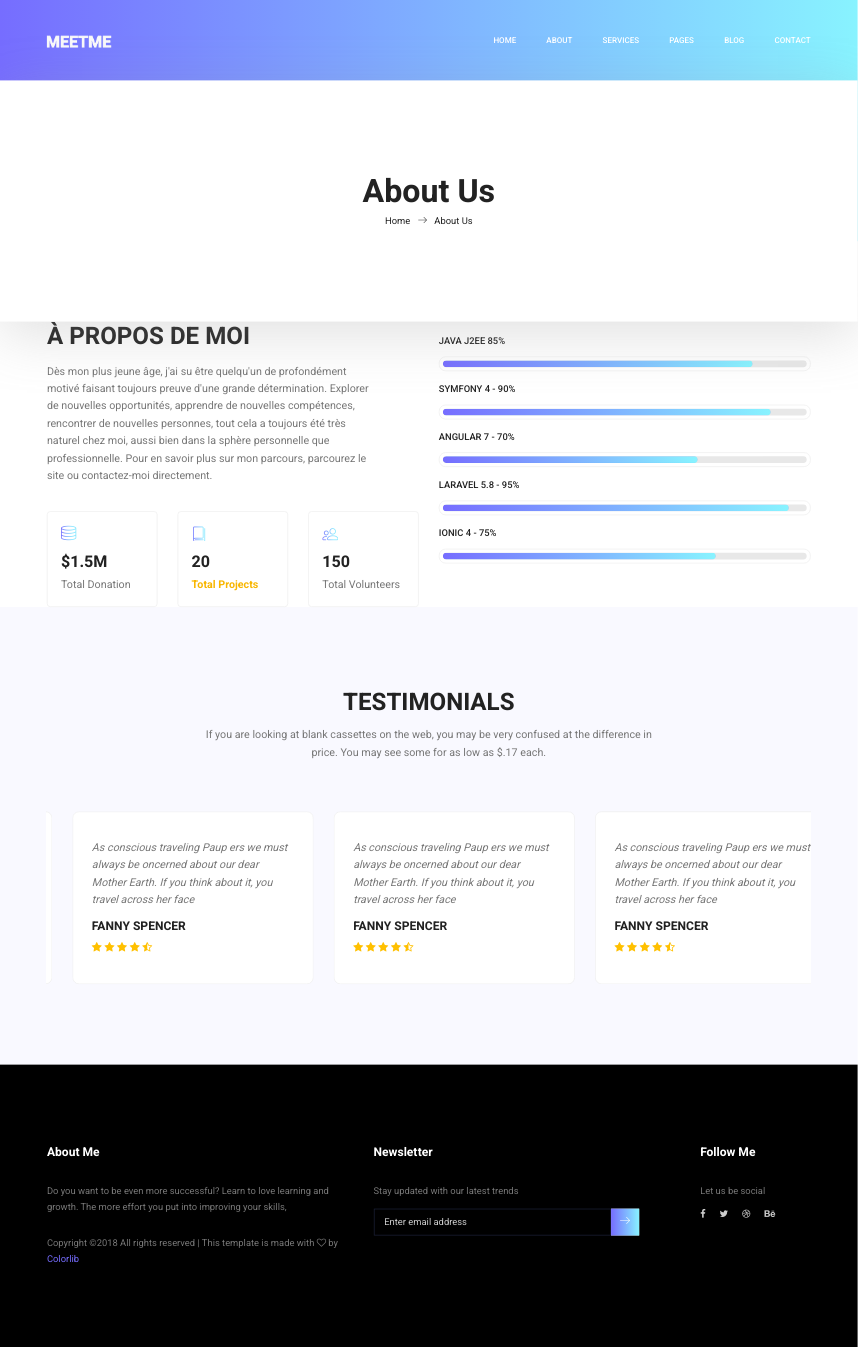
Repository: ChaabeneHabib/habib-chaabene
Page: about-us.html
An editor plug-in stored every save of this project. The page is shown before and after the next save, followed by the edit.
The browser window is 1280 px wide. The page is 1281 px wide, so the pictures cover 1281 px, including what lies to the right of the window. The pictures show the whole page, at 67% of full size.

Above is the page before, as saved 2019-12-23 16:27:36.

After the next save:
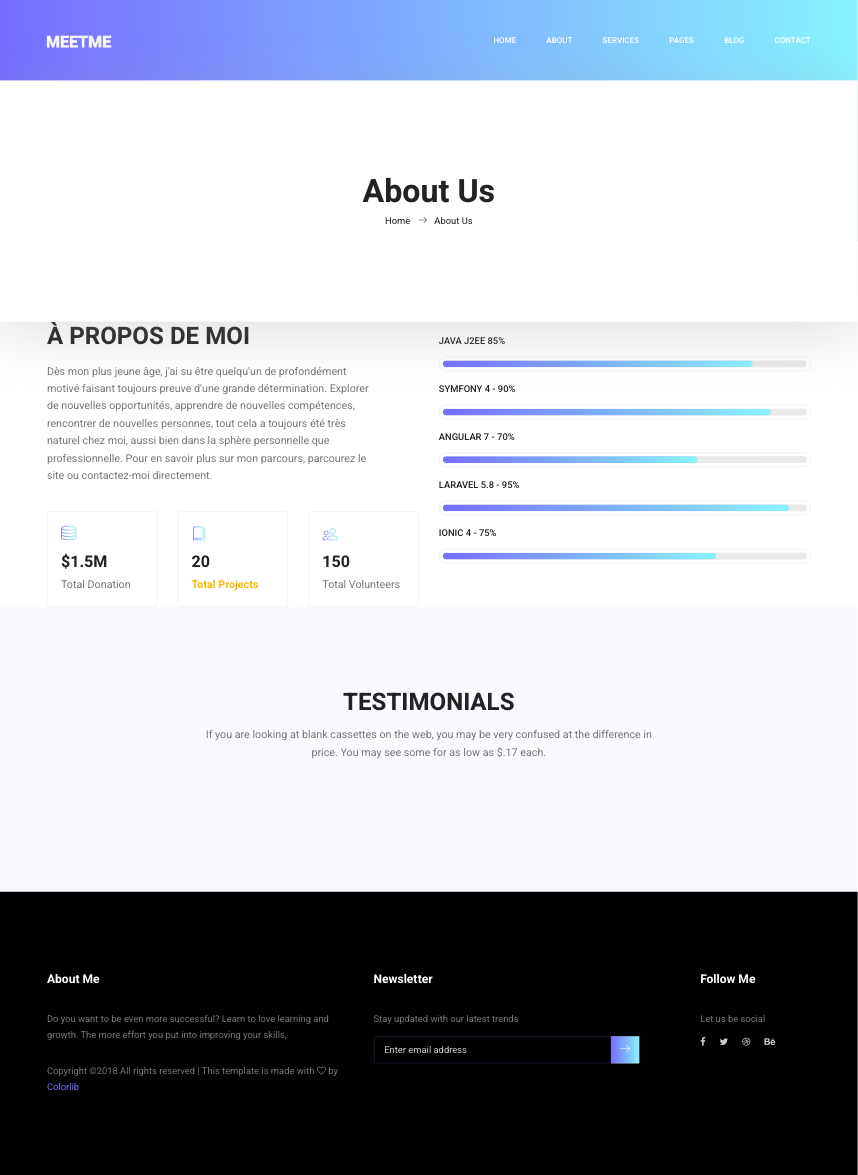
Saved 62 s later.
--- a/about-us.html
+++ b/about-us.html
@@ -187,43 +187,8 @@
         			<h2>Testimonials</h2>
         			<p>If you are looking at blank cassettes on the web, you may be very confused at the difference in price. You may see some for as low as $.17 each.</p>
         		</div>
-        		<div class="testi_inner">
-					<div class="testi_slider owl-carousel">
-						<div class="item">
-							<div class="testi_item">
-								<p>As conscious traveling Paup ers we must always be oncerned about our dear Mother Earth. If you think about it, you travel across her face</p>
-								<h4>Fanny Spencer</h4>
-								<a href="#"><i class="fa fa-star"></i></a>
-								<a href="#"><i class="fa fa-star"></i></a>
-								<a href="#"><i class="fa fa-star"></i></a>
-								<a href="#"><i class="fa fa-star"></i></a>
-								<a href="#"><i class="fa fa-star-half-o"></i></a>
-							</div>
-						</div>
-						<div class="item">
-							<div class="testi_item">
-								<p>As conscious traveling Paup ers we must always be oncerned about our dear Mother Earth. If you think about it, you travel across her face</p>
-								<h4>Fanny Spencer</h4>
-								<a href="#"><i class="fa fa-star"></i></a>
-								<a href="#"><i class="fa fa-star"></i></a>
-								<a href="#"><i class="fa fa-star"></i></a>
-								<a href="#"><i class="fa fa-star"></i></a>
-								<a href="#"><i class="fa fa-star-half-o"></i></a>
-							</div>
-						</div>
-						<div class="item">
-							<div class="testi_item">
-								<p>As conscious traveling Paup ers we must always be oncerned about our dear Mother Earth. If you think about it, you travel across her face</p>
-								<h4>Fanny Spencer</h4>
-								<a href="#"><i class="fa fa-star"></i></a>
-								<a href="#"><i class="fa fa-star"></i></a>
-								<a href="#"><i class="fa fa-star"></i></a>
-								<a href="#"><i class="fa fa-star"></i></a>
-								<a href="#"><i class="fa fa-star-half-o"></i></a>
-							</div>
-						</div>
-					</div>
-        		</div>
+
+
         	</div>
         </section>
         <!--================End Testimonials Area =================-->
